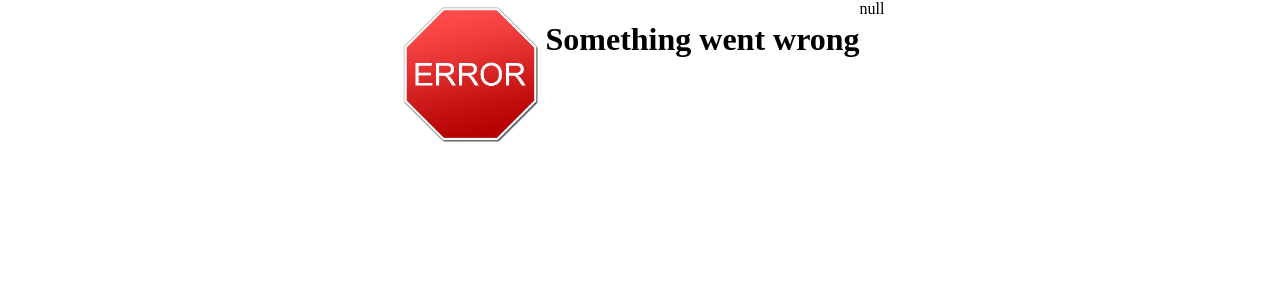
Repository: AhimshaMudbari/JSP_and_Servlet
Page: http://localhost/ExceptionHandlingJSP/Error.jsp
These files come from the project's save history. The page is drawn as it stood at one moment and after the next save; the edit follows.
The browser window is 1280 px wide. The pictures show the whole page.
The page is served by Tomcat 9.

Above is the page before, as saved 2022-06-12 07:46:06.

### ExceptionHandlingJSP/src/main/webapp/Error.jsp
<%@ page language="java" contentType="text/html; charset=UTF-8"
    pageEncoding="UTF-8" isErrorPage="true"%>

<!DOCTYPE html>
<html>
<head>
<meta charset="UTF-8">
<title>Insert title here</title>
</head>
<body style="margin: auto;">
<div style="display:flex; justify-content: center; flex-direction: columns: ; ">
<img src="err.png" height=150 width=150>
<h1>Something went wrong</h1>
<%= exception %>
</div>
</body>
</html>

After the next save:
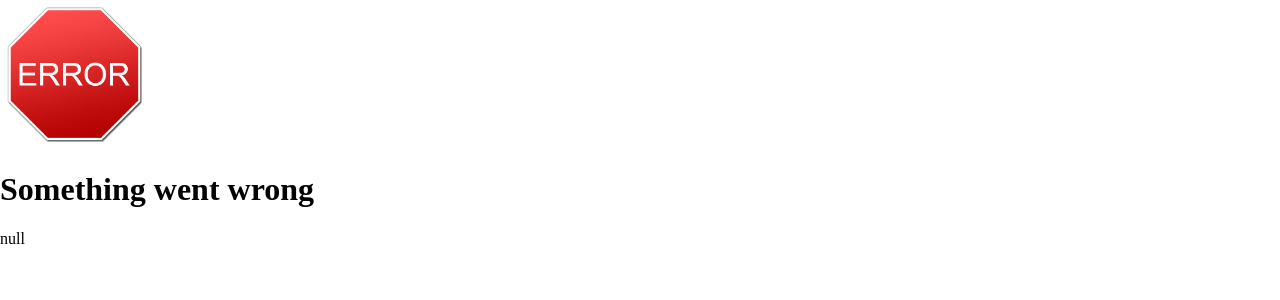
Saved 9 s later.
--- a/ExceptionHandlingJSP/src/main/webapp/Error.jsp
+++ b/ExceptionHandlingJSP/src/main/webapp/Error.jsp
@@ -8,7 +8,7 @@
 <title>Insert title here</title>
 </head>
 <body style="margin: auto;">
-<div style="display:flex; justify-content: center; flex-direction: columns: ; ">
+<div style="display:flex; justify-content: center; flex-direction: column; ; ">
 <img src="err.png" height=150 width=150>
 <h1>Something went wrong</h1>
 <%= exception %>

After the 2 saves that followed:
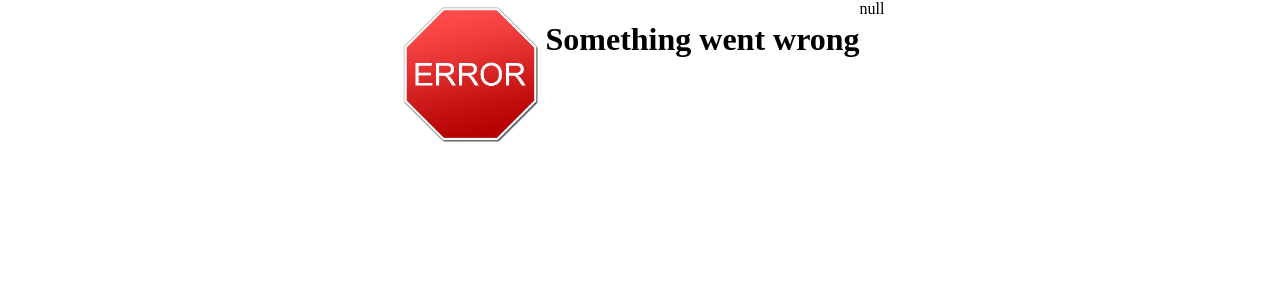
The 2 saves are shown as one change because 1 left the picture as it was.
The last was saved 21 s later.
--- a/ExceptionHandlingJSP/src/main/webapp/Error.jsp
+++ b/ExceptionHandlingJSP/src/main/webapp/Error.jsp
@@ -8,7 +8,7 @@
 <title>Insert title here</title>
 </head>
 <body style="margin: auto;">
-<div style="display:flex; justify-content: center; flex-direction: column; ; ">
+<div style="display:flex; justify-content: center; flex-direction: row; ">
 <img src="err.png" height=150 width=150>
 <h1>Something went wrong</h1>
 <%= exception %>
